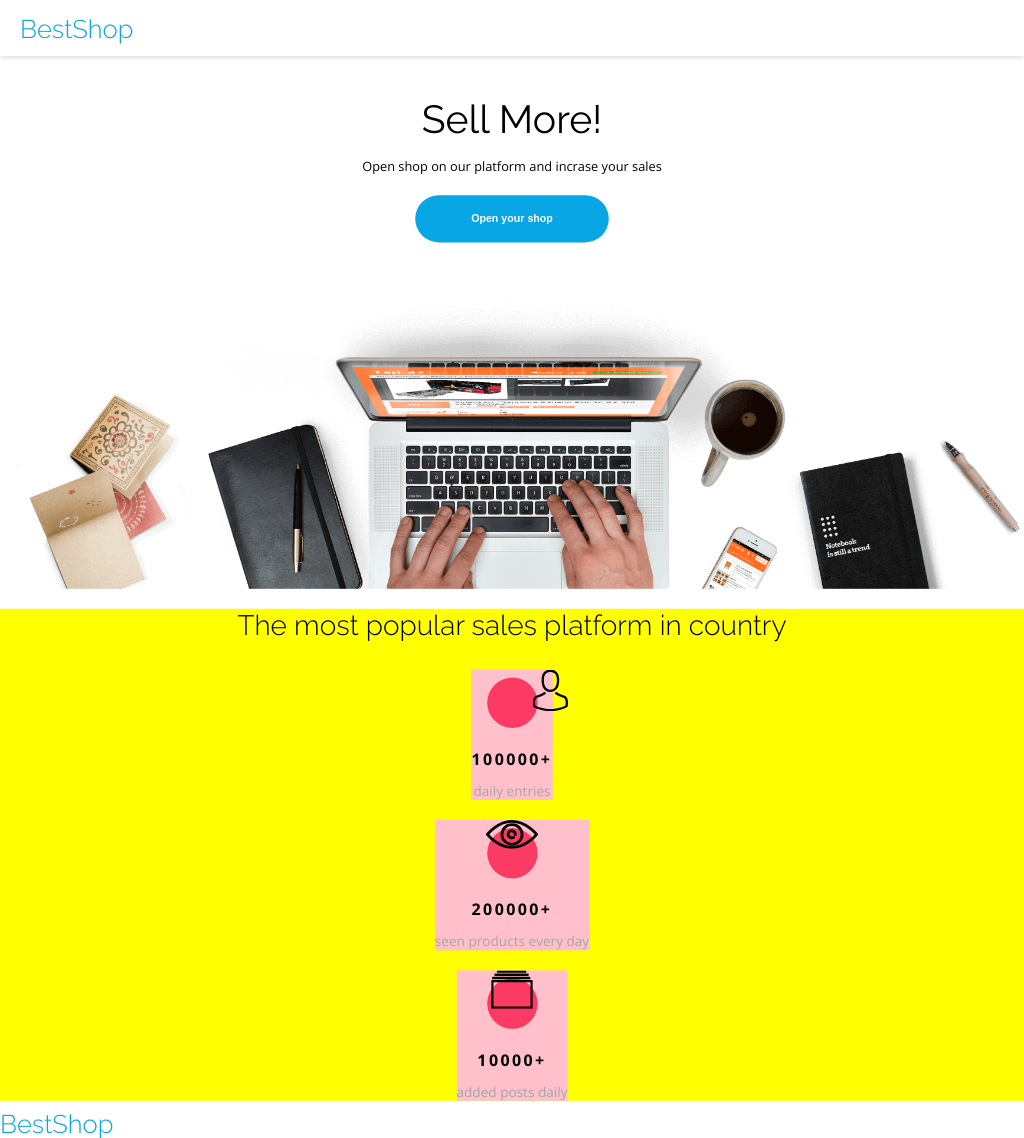
Repository: artwol993/BestShop
Page: index.html
The author's editor kept a copy of each file at every save. The page is drawn from the files as they stood at one save, then again after the next save.
The browser window is 1280 px wide. The pictures show the whole page, at 80% of full size.
The style sheet was rebuilt from its Sass, Less or Tailwind sources for each picture, by a compiler version that may differ from the author's.

Above is the page before, as saved 2020-05-28 20:13:36.

After the next save:
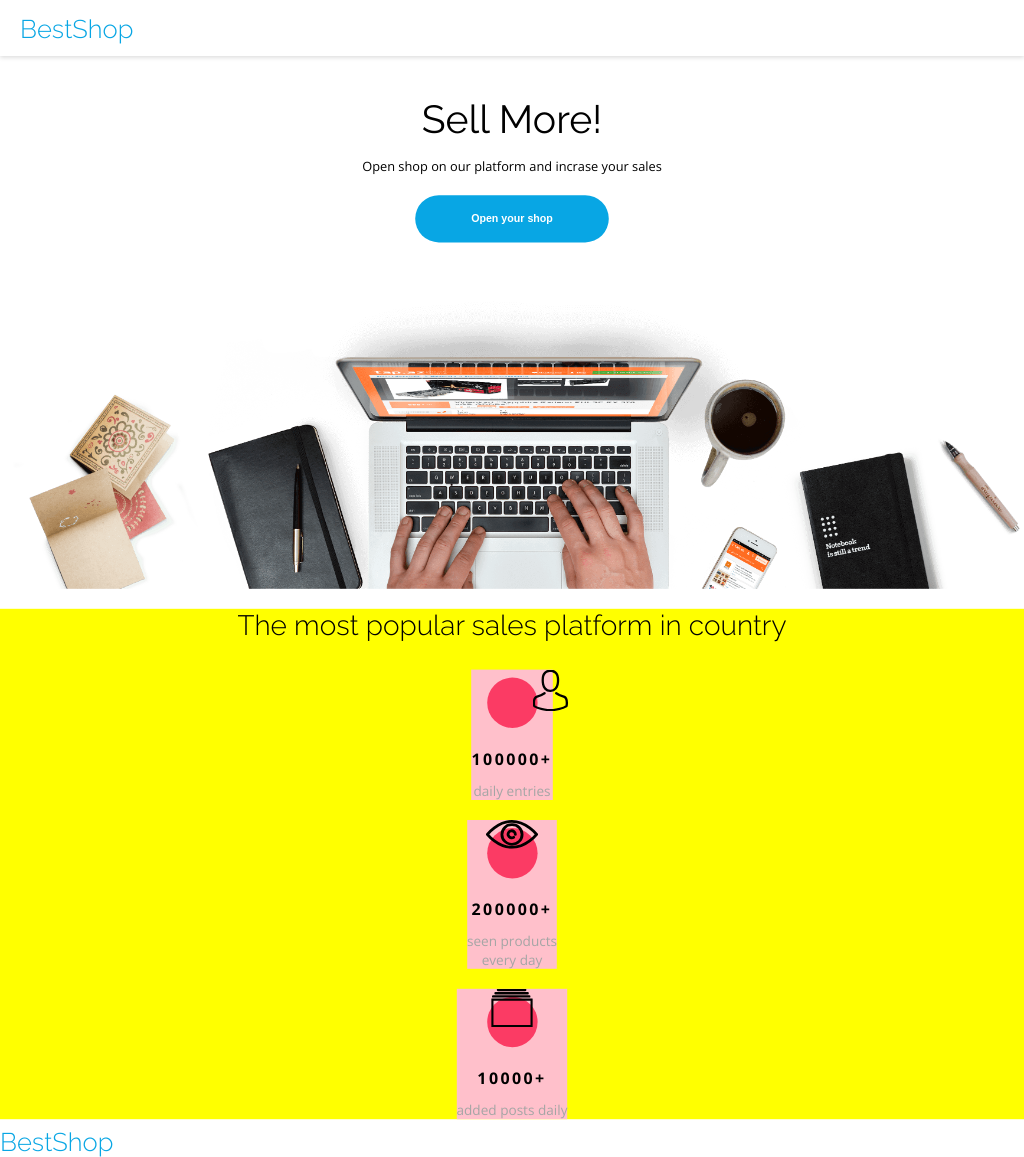
Saved 20 s later.
--- a/index.html
+++ b/index.html
@@ -62,7 +62,7 @@
                             <div class="stats-circle"></div>
                             <img src="./assets/Eye.svg" alt="person-contour" class="stats__img-eye">
                             <span>200000+</span>
-                            <p>seen products every day</p>
+                            <p>seen products<br> every day</p>
                         </div>
                         <div class="stats__bin">
                             <div class="stats-circle"></div>
